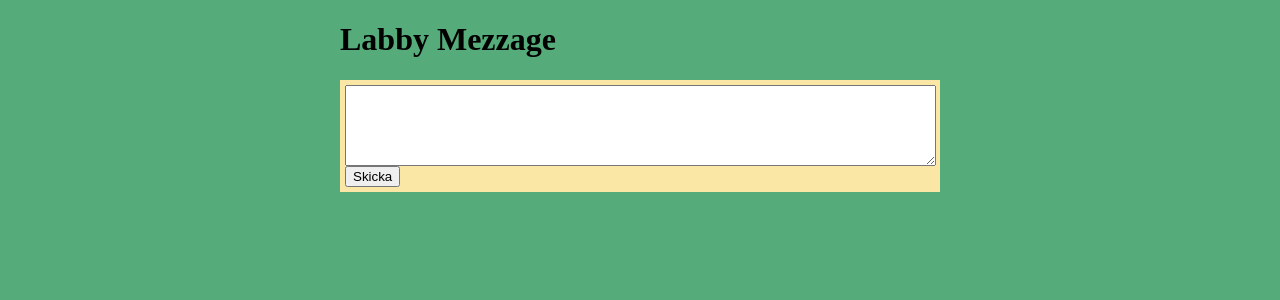
Repository: jc222fi/1dv403-laborationer
Page: 2-labbymezzage/index.html
The author's editor kept a record of every edit. The page is drawn from the files as they stood at one moment, then again after the next edit.
The browser window is 1280 px wide. The pictures show the whole page.

Above is the page before.

After the next edit:
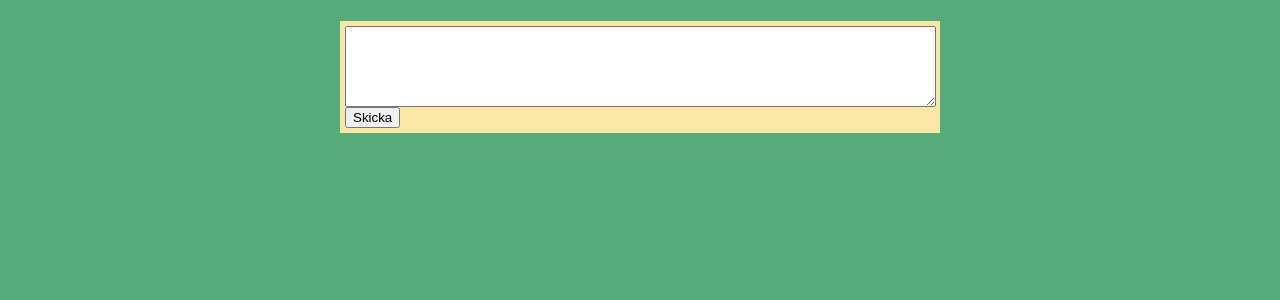
The edit:
--- a/2-labbymezzage/index.html
+++ b/2-labbymezzage/index.html
@@ -8,7 +8,7 @@
     <body>
         <div class="container">
             <div class="header">
-                <h1>Labby Mezzage</h1>
+                <h1> </h1>
             </div>
             <div class="content">
                 <div id="messages"></div>
